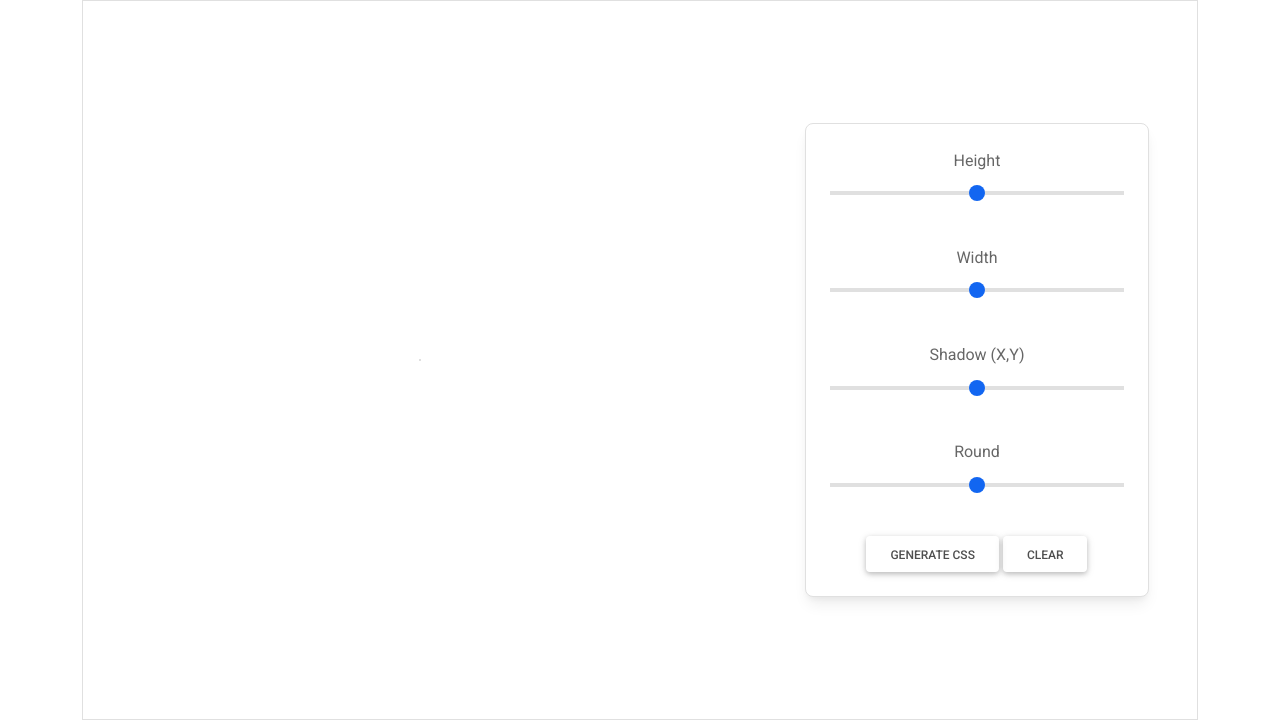
Repository: USaditya98/card-generator
Page: index.html
These files come from the project's save history. The page is drawn as it stood at one moment and after a run of saves; the edit follows.
The browser window is 1280 px wide. The pictures show the whole page.

Above is the page before, as saved 2021-10-20 13:24:59.

After the next 2 saves:
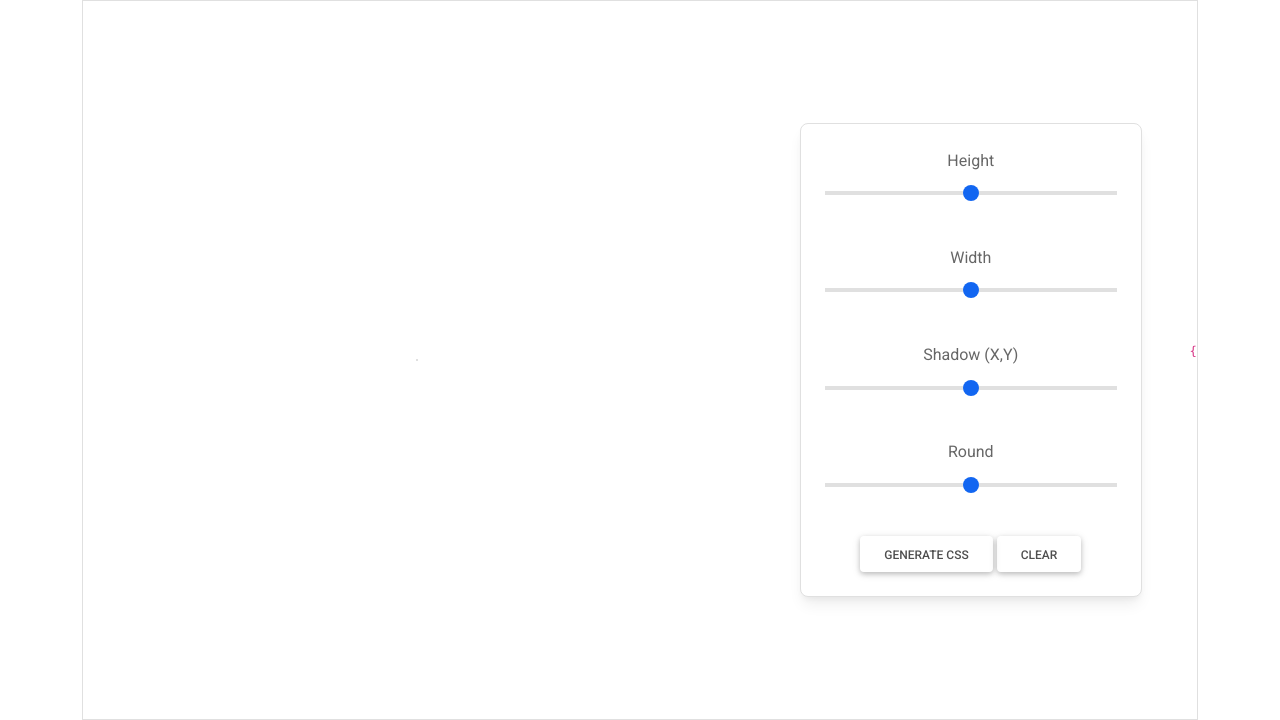
The 2 saves are shown as one change because they came seconds apart.
The last was saved 19 s later.
--- a/index.html
+++ b/index.html
@@ -56,7 +56,7 @@
               </div>
             </div>
             <code id="generatedCss" class="w-auto" >
-
+              <pre>{</pre>
             </code>
 
       </div>

After the save that followed:
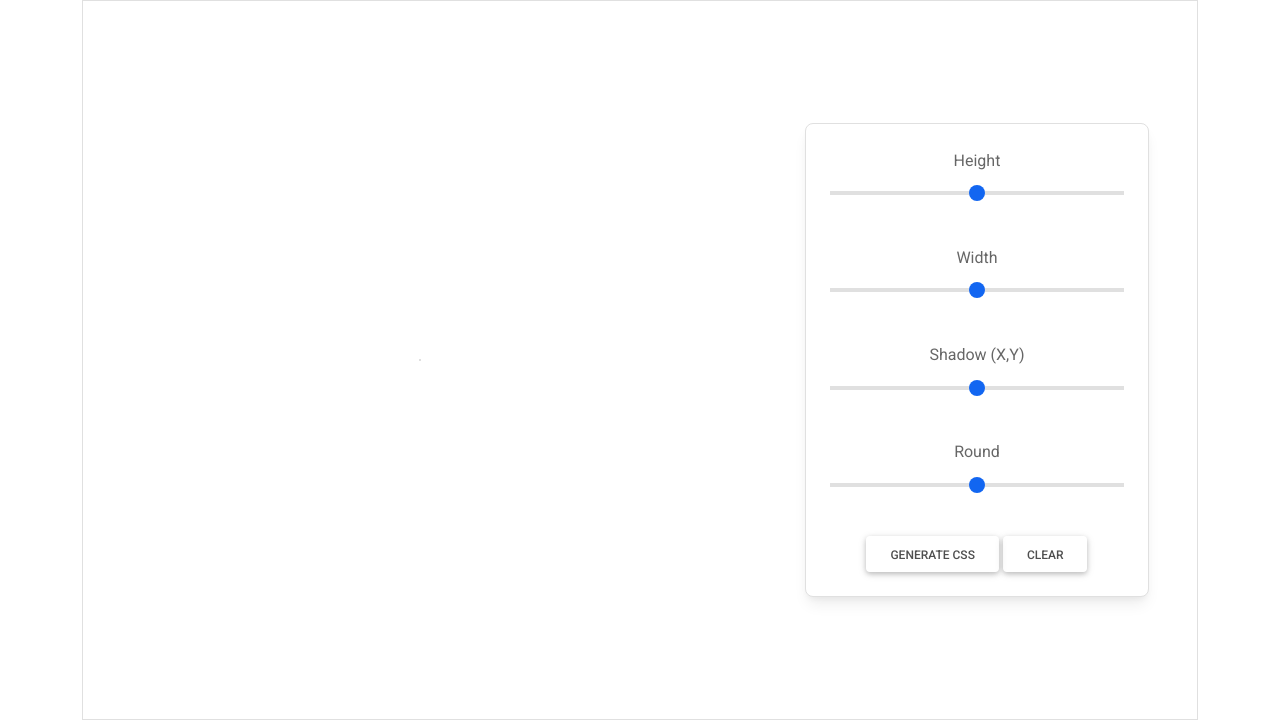
Saved 6 s later.
--- a/index.html
+++ b/index.html
@@ -56,7 +56,7 @@
               </div>
             </div>
             <code id="generatedCss" class="w-auto" >
-              <pre>{</pre>
+
             </code>
 
       </div>
